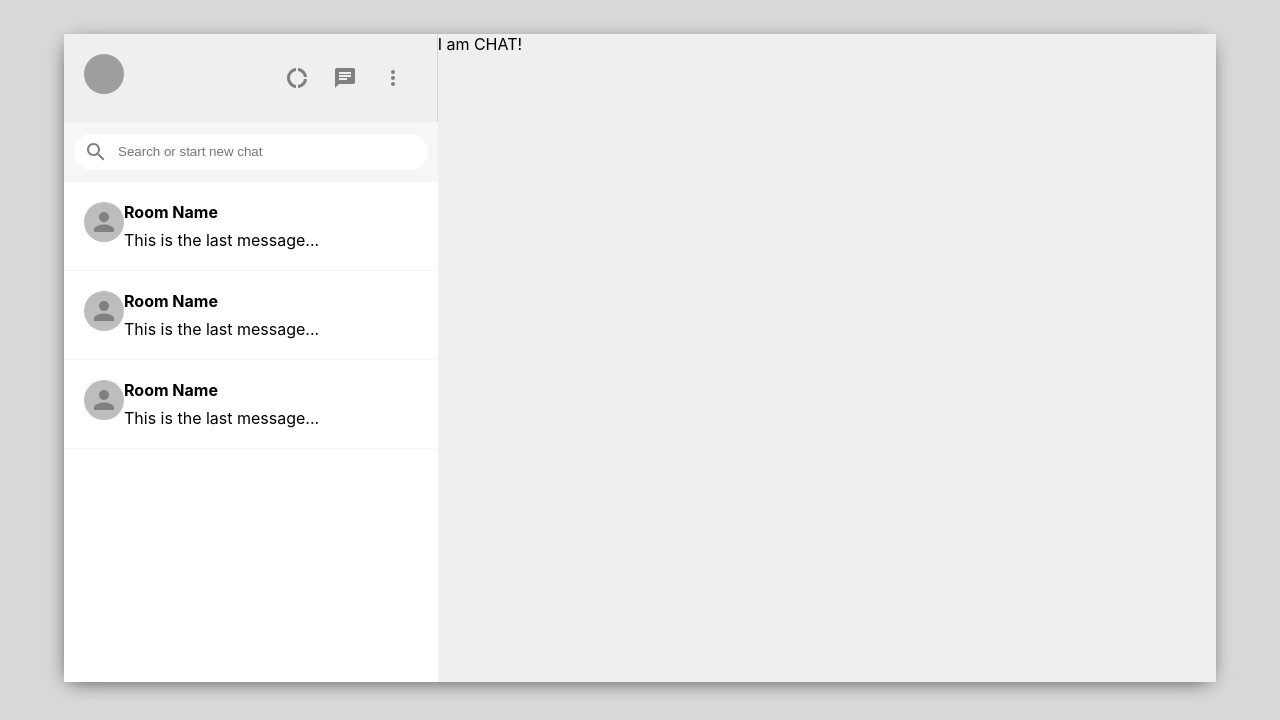
Repository: BogoGit/clone-whatsapp
Page: / (app in whatsapp-front/)
An editor plug-in stored every save of this project. The page is shown before and after the next save, followed by the edit.
The browser window is 1280 px wide. The pictures show the whole page.
Pictures or frames that could not be fetched are drawn as grey boxes. The project was rebuilt for these pictures with package versions that can differ from the ones it lists, and the page was loaded fresh each time.

Above is the page before, as saved 2020-11-18 20:56:02.

### whatsapp-front/src/index.js
import React from 'react'
import ReactDOM from 'react-dom'
import './index.css'
import App from './Components/App'

ReactDOM.render(
	<React.StrictMode>
		<App />
	</React.StrictMode>,
	document.getElementById('root')
)

### whatsapp-front/src/index.css
*,
*::before,
*::after {
	margin: 0;
	padding: 0;
	box-sizing: border-box;
}

html {
	font-size: 62.5%;
}

body {
	margin: 0;
	font-family: -apple-system, BlinkMacSystemFont, 'Segoe UI', 'Roboto', 'Oxygen',
		'Ubuntu', 'Cantarell', 'Fira Sans', 'Droid Sans', 'Helvetica Neue',
		sans-serif;
	font-size: 1.6rem;
	-webkit-font-smoothing: antialiased;
	-moz-osx-font-smoothing: grayscale;
}

code {
	font-family: source-code-pro, Menlo, Monaco, Consolas, 'Courier New',
		monospace;
}

### whatsapp-front/src/Components/App.js
import React from 'react'
import './App.css'
import Sidebar from './Sidebar'
import Chat from './Chat'

function App() {
	return (
		<div className='app'>
			<div className='app__body'>
				<Sidebar />
				<Chat />
			</div>
		</div>
	)
}

export default App

### whatsapp-front/src/Components/App.css
.app {
	display: grid;
	place-items: center;
	height: 100vh;
	background-color: #dad9d9;
}

.app__body {
	display: flex;
	background-color: #efefef;
	margin-top: -5px;
	height: 90vh;
	width: 90vw;
	box-shadow: -1px 4px 2rem -6px rgba(0, 0, 0, 0.75);
}

### whatsapp-front/src/Components/Sidebar.js
import React from 'react'
import './Sidebar.css'
import DonutLargeIcon from '@material-ui/icons/DonutLarge'
import ChatIcon from '@material-ui/icons/Chat'
import MoreVertIcon from '@material-ui/icons/MoreVert'
import { Avatar, IconButton } from '@material-ui/core'
import { SearchOutlined } from '@material-ui/icons'
import SidebarChat from './SidebarChat'

const Sidebar = () => {
	return (
		<div class='sidebar'>
			<div className='sidebar__header'>
				<Avatar src='https://media-exp1.licdn.com/dms/image/C4E03AQGGqZWpjHYUUg/profile-displayphoto-shrink_400_400/0?e=1611187200&v=beta&t=y6jr13vae_pl2v3V5tMdfqomm_dYtnKT4jKiYVt33hw' />
				<div className='sidebar__headerRight'>
					<IconButton>
						<DonutLargeIcon />
					</IconButton>
					<IconButton>
						<ChatIcon />
					</IconButton>
					<IconButton>
						<MoreVertIcon />
					</IconButton>
				</div>
			</div>

			<div className='sidebar__search'>
				<div className='sidebar__searchContainer'>
					<SearchOutlined />
					<input placeholder='Search or start new chat' type='text' />
				</div>
			</div>

			<div className='sidebar__chats'>
				<SidebarChat />
				<SidebarChat />
				<SidebarChat />
			</div>
		</div>
	)
}

export default Sidebar

### whatsapp-front/src/Components/Chat.js
import React from 'react'

const Chat = () => {
	return <div class='chat'>I am CHAT!</div>
}

export default Chat

### whatsapp-front/src/Components/Sidebar.css
.sidebar {
	display: flex;
	flex-direction: column;
	flex: 0.35;
}

.sidebar__header {
	display: flex;
	justify-content: space-between;
	padding: 2rem;
	border-right: solid 1px lightgray;
}

.sidebar__headerRight {
	display: flex;
	align-items: center;
	justify-content: space-between;
	min-width: 10vw;
}

.MuiSvgIcon-root {
	font-size: 2.4rem !important;
	color: gray;
}

.sidebar__search {
	display: flex;
	align-items: center;
	background-color: #f6f6f6;
	height: 4rem;
	padding: 3rem 1rem;
}

.sidebar__searchContainer {
	display: flex;
	align-items: center;
	background-color: #fff;
	width: 100%;
	height: 3.6rem;
	border-radius: 2rem;
	padding: 1rem;
}

.sidebar__searchContainer > input {
	border: none;
	outline: none;
	margin-left: 1rem;
}

.sidebar__chats {
	flex: 1;
	background-color: #fff;
	overflow: scroll;
}

### whatsapp-front/src/Components/SidebarChat.js
import React from 'react'
import './SidebarChat.css'
import { Avatar } from '@material-ui/core'

const SidebarChat = () => {
	return (
		<div class='sidebarChat'>
			<Avatar />
			<div className='sidebarChat__info'>
				<h2>Room Name</h2>
				<p>This is the last message...</p>
			</div>
		</div>
	)
}

export default SidebarChat

### whatsapp-front/src/Components/SidebarChat.css
.sidebarChat {
	display: flex;
	padding: 2rem;
	cursor: pointer;
	border-bottom: 1px solid #f6f6f6;
}

.sidebarChat:hover {
	background-color: #efefef;
}

.sidebarChat__info > h2 {
	font-size: 1.6rem;
	margin-bottom: 0.8rem;
}

Loaded but not shown: whatsapp-front/public/index.html (common file)

After the next save:
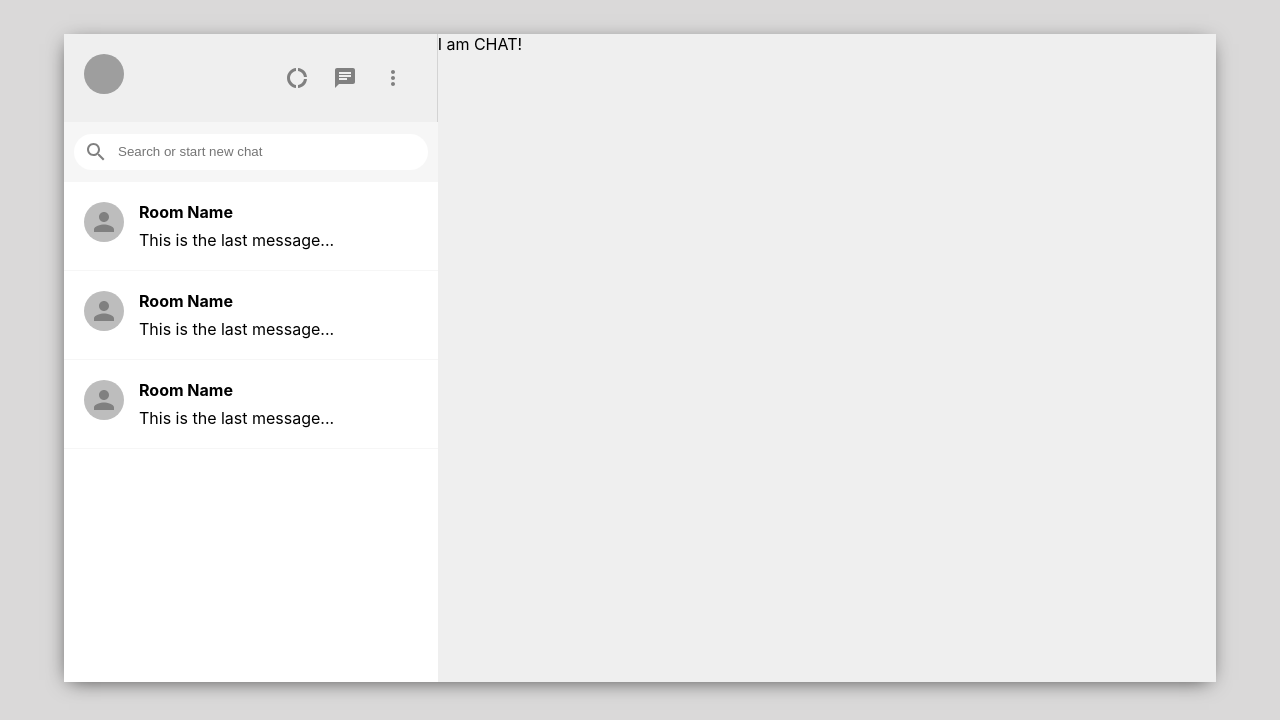
Saved 18 s later.
--- a/whatsapp-front/src/Components/SidebarChat.css
+++ b/whatsapp-front/src/Components/SidebarChat.css
@@ -9,6 +9,10 @@
 	background-color: #efefef;
 }
 
+.sidebarChat__info {
+	margin-left: 1.5rem;
+}
+
 .sidebarChat__info > h2 {
 	font-size: 1.6rem;
 	margin-bottom: 0.8rem;
